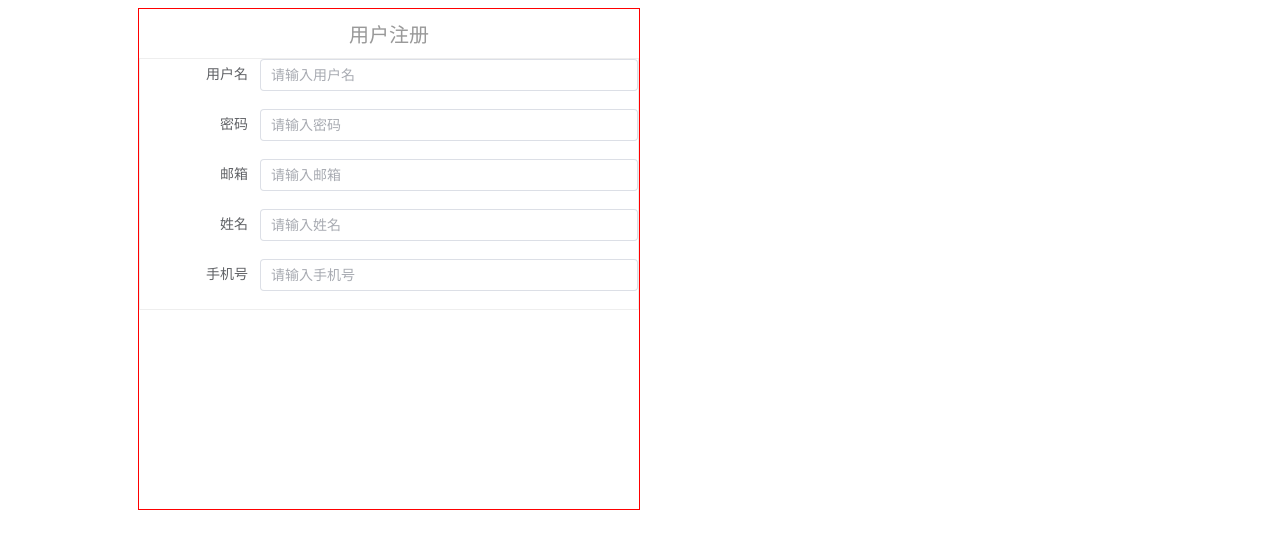
Repository: Mickey1216/yzkj_login_demo
Page: /register
An editor plug-in stored every save of this project. The page is shown before and after a run of saves, followed by the edit.
The browser window is 1280 px wide. The pictures show the whole page.
The project was rebuilt for these pictures with package versions that can differ from the ones it lists, and the page was loaded fresh each time. Also part of the build but not shown: vite.config.js, src/views/Login.vue.

Above is the page before, as saved 2023-07-04 14:55:17.

After the next 2 saves:
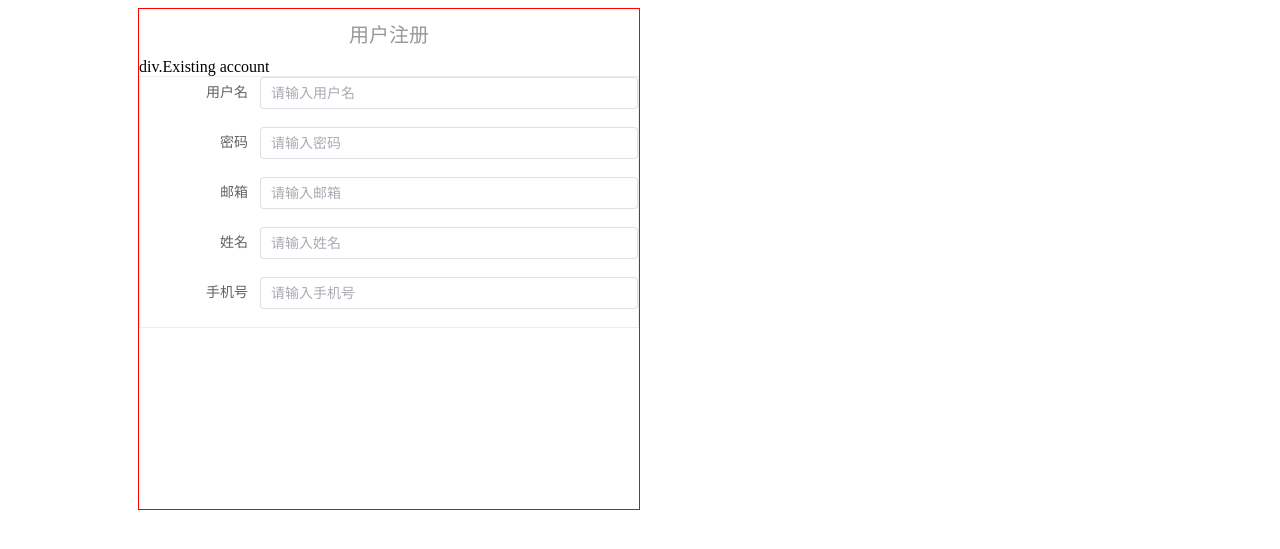
The 2 saves are shown as one change because they came seconds apart.
The last was saved 40 s later.
--- a/src/views/Register.vue
+++ b/src/views/Register.vue
@@ -1,7 +1,7 @@
 <template>
   <div class="register">
     <div class="title">用户注册</div>
-
+    div.Existing account
     <el-form :model="form" label-width="120px" style="border:1px solid #eee;">
     <el-form-item label="用户名">
       <el-input placeholder="请输入用户名" v-model="form.name"/>
